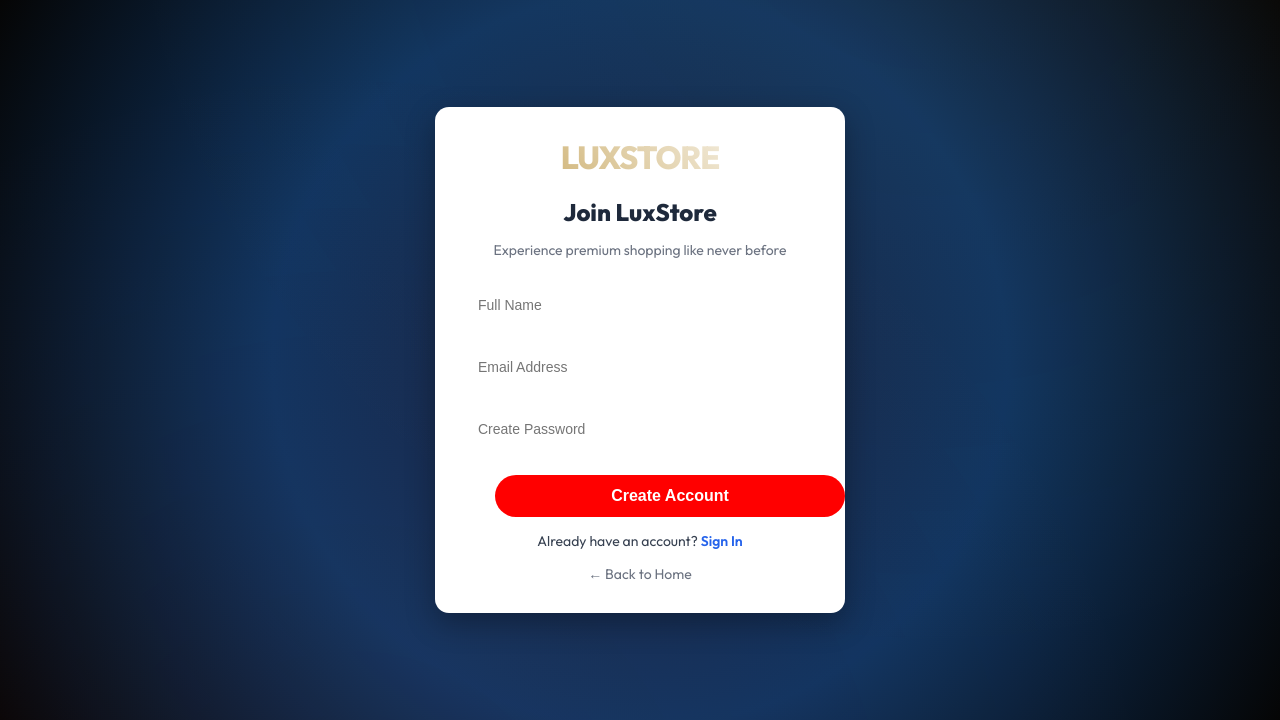
Repository: pradeepkumarh-17/Ecommerce
Page: http://localhost/EcomStore/views/auth/register.jsp
These files come from the project's save history. The page is drawn as it stood at one moment and after the next save; the edit follows.
The browser window is 1280 px wide. The pictures show the whole page.
Some web libraries are served in a nearby version. The page is served by Tomcat 10.

Above is the page before, as saved 2026-05-04 17:39:25.

After the next save:
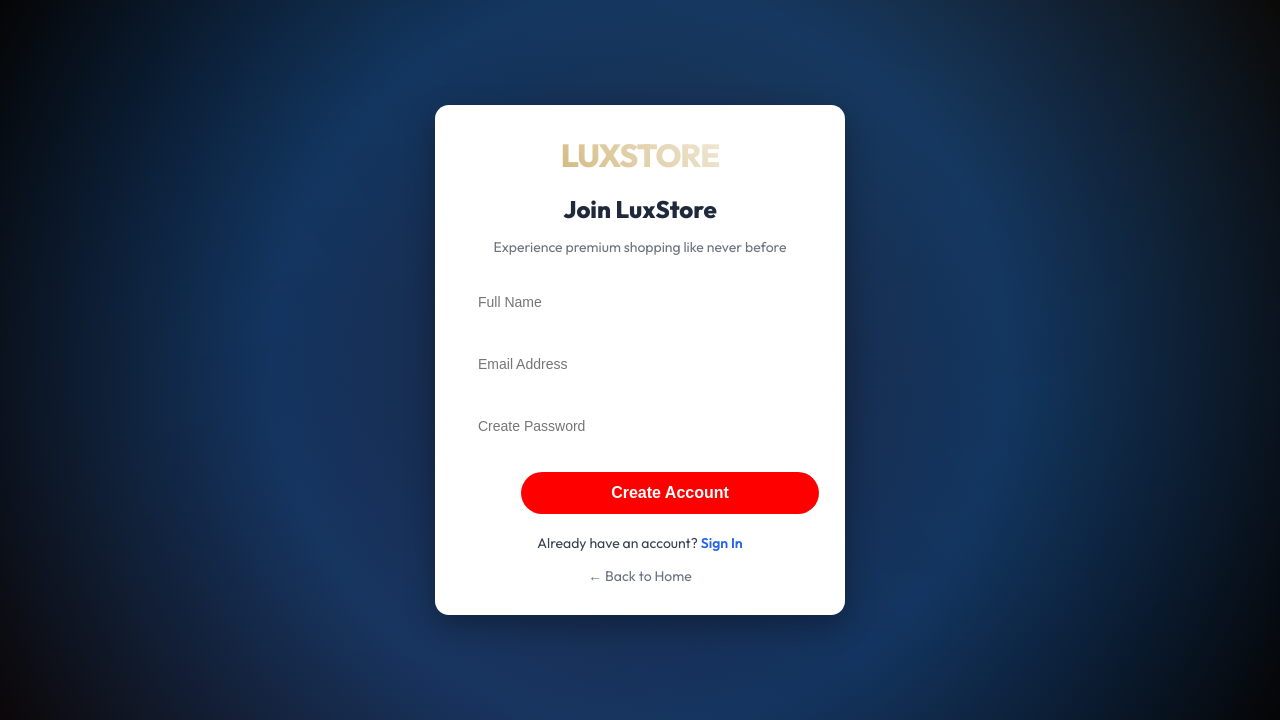
Saved 30 s later.
--- a/EcomStore/src/main/webapp/assets/css/auth.css
+++ b/EcomStore/src/main/webapp/assets/css/auth.css
@@ -229,3 +229,8 @@ button,
     justify-content: center;
     align-items: center;
 }
+
+.auth-box button {
+    width: 85%;
+    margin: 20px auto;
+}
